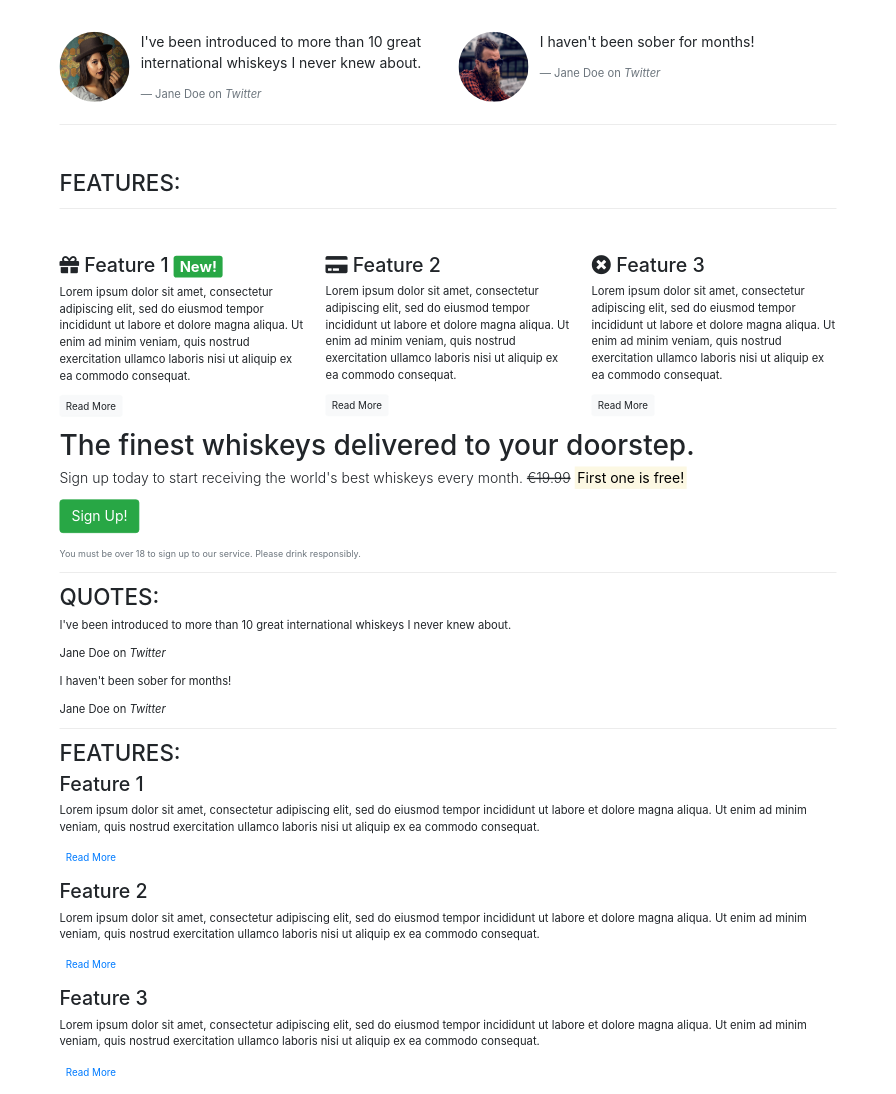
Repository: grisselfaura/BootstrappingYourNextBigIdea-BS4
Page: index.html
The author's editor kept a record of every edit. The page is drawn from the files as they stood at one moment, then again after the next edit.
The browser window is 1280 px wide. The pictures show the part of the page from y = 658 to 2578 px (the page is 2221 px tall before and 2578 px after), at 70% of full size.
Some web libraries are served in a nearby version.

Above is the page before.

### index.html
<!DOCTYPE html>
<html lang="en-us">

<head>
    <meta charset="utf-8">
    <meta name="viewport" content="width=device-width, initial-scale=1.0">
    <title>Whiskey Drop | Taste a new whiskey every month</title>
    <link rel="stylesheet" href="https://maxcdn.bootstrapcdn.com/bootstrap/4.1.3/css/bootstrap.min.css">
    <link rel="stylesheet" href="https://use.fontawesome.com/releases/v5.6.1/css/all.css" integrity="sha384-gfdkjb5BdAXd+lj+gudLWI+BXq4IuLW5IT+brZEZsLFm++aCMlF1V92rMkPaX4PP" crossorigin="anonymous">
</head>

<body>
    <!--Nav-->
    <nav class="navbar navbar-light navbar-expand-sm bg-light">
        <a href="/" class="navbar-brand">
                    Whiskey Drop</a>

        <button class="navbar-toggler ml-auto" type="button" data-toggle="collapse" data-target="#navbarNavDropdown" aria-controls="navbarNavDropdown" aria-expanded="false" aria-label="Toggle navigation">
        <span class="navbar-toggler-icon"></span></button>

        <div class="collapse navbar-collapse" id="navbarNavDropdown">
            <ul class="navbar-nav mr-auto">
                <li class="active nav-item mr-2"><a class="nav-link" href="/">Home</a></li>
                <li class="nav-item mr-2"><a class="nav-link" href="">About</a></li>
                <li class="nav-item dropdown">
                    <a class="nav-link dropdown-toggle" href="#" id="navbarDropdownMenuLink" role="button" data-toggle="dropdown" aria-haspopup="true" aria-expanded="false">
          Whiskeys
        </a>
                    <div class="dropdown-menu" aria-labelledby="navbarDropdownMenuLink">
                        <a class="dropdown-item" href="#">Irish</a>
                        <a class="dropdown-item" href="#">Scotch</a>
                        <a class="dropdown-item" href="#">Japanese</a>
                        <a class="dropdown-item" href="#">American</a>
                    </div>
                </li>

                <li class="nav-item mr-2 d-block d-sm-none"><a class="nav-link" href="">Sign In / Sign Up</a></li>
            </ul>
        </div>
        <div class="d-none d-md-block">
            <p class="navbar-text my-auto mr-2"><i>Great whiskey delivered to your door</i></p>
            <a href="/login">Sign In / Sign Up</a>
        </div>
        <!--</div>-->
    </nav>
    <article class="container mt-3">
        <div class="row d-none d-sm-block">
            <div class="col-12">
                <div class="alert alert-warning">
                    <strong>Sale Now On!</strong> We've got a sale on. Get a 12 month subscription for the price of 6! <a href="">See here for more details</a>
                </div>
            </div>
        </div>
        <!-- Callout -->
        <div class="row">
            <div class="col-12">
                <section class="callout jumbotron text-center">
                    <h1>The finest whiskeys delivered to your doorstep.</h1>
                    <p class="lead">Sign up today to start receiving the world's best whiskeys every month.
                        <s class="d-none d-sm-inline">€19.99</s>
                        <span class="d-inline d-sm-none"><br></span>
                        <strong><mark>First one is free!</mark></strong></p>
                    <p><button class="btn btn-lg btn-success" data-toggle="modal" data-target="#signUpModal">Sign Up!</button></p>
                    <p class="text-muted"><small>You must be over 18 to sign up to our service. Please drink responsibly.</small></p>
                </section>
            </div>
        </div>
        <!-- /.callout -->
        <hr>
        <!-- Quotes -->
        <section class="quotes">
            <div class="row">
                <div class="col-12 my-5">
                    <h2 class="text-uppercase">Quotes:</h2>
                    <hr />
                </div>
            </div>
            <div class="row">
                <div class="col-12 col-md-6">
                    <div class="media">
                        <div class="d-none d-sm-block">
                            <img src="images/girl-image.png" class="rounded-circle mr-3" height=100 width=100>
                        </div>
                        <div class="media-body">
                            <blockquote class="blockquote">
                                <p>I've been introduced to more than 10 great international whiskeys I never knew about.</p>
                                <footer class="blockquote-footer">Jane Doe on <cite title="Twitter">Twitter</cite></footer>
                            </blockquote>
                        </div>
                    </div>
                </div>
                <div class="col-12 col-md-6">
                    <div class="media">
                        <div class="d-none d-sm-block">
                            <img src="images/guy-image.png" class="rounded-circle mr-3" height=100 width=100>
                        </div>
                        <div class="media-body">
                            <blockquote class="blockquote">
                                <p>I haven't been sober for months!</p>
                                <footer class="blockquote-footer">Jane Doe on <cite title="Twitter">Twitter</cite></footer>
                            </blockquote>
                        </div>
                    </div>
                </div>
            </div>
        </section>
        <!-- /.quotes -->
        <hr>
        <!-- Features -->
        <section class="features">
            <div class="row">
                <div class="col-12 my-5">
                    <h2 class="text-uppercase">Features:</h2>
                    <hr />
                </div>
            </div>
            <div class="row">
                <div class="col-12 col-md-6 col-lg-4">
                    <div class="feature">
                        <h3><i class="fas fa-gift d-none d-sm-inline"></i> Feature 1 <span class="badge badge-success">New!</span></h3>
                        <p>Lorem ipsum dolor sit amet, consectetur adipiscing elit, sed do eiusmod tempor incididunt ut labore et dolore magna aliqua. Ut enim ad minim veniam, quis nostrud exercitation ullamco laboris nisi ut aliquip ex ea commodo consequat.</p>
                        <p><a class="btn btn-sm btn-light" href="">Read More</a></p>
                    </div>
                </div>
                <div class="col-12 col-md-6 col-lg-4">
                    <div class="feature">
                        <h3><i class="fas fa-credit-card d-none d-sm-inline"></i> Feature 2</h3>
                        <p>Lorem ipsum dolor sit amet, consectetur adipiscing elit, sed do eiusmod tempor incididunt ut labore et dolore magna aliqua. Ut enim ad minim veniam, quis nostrud exercitation ullamco laboris nisi ut aliquip ex ea commodo consequat.</p>
                        <p><a class="btn btn-sm btn-light" href="">Read More</a></p>
                    </div>
                </div>
                <div class="col-12 d-md-none d-lg-block col-lg-4">
                    <div class="feature">
                        <h3><i class="fas fa-times-circle d-none d-sm-inline"></i> Feature 3</h3>
                        <p>Lorem ipsum dolor sit amet, consectetur adipiscing elit, sed do eiusmod tempor incididunt ut labore et dolore magna aliqua. Ut enim ad minim veniam, quis nostrud exercitation ullamco laboris nisi ut aliquip ex ea commodo consequat.</p>
                        <p><a class="btn btn-sm btn-light" href="">Read More</a></p>
                    </div>
                </div>
            </div>
        </section>
        <!-- /.features -->
    </article>

    <div class="modal" tabindex="-1" role="dialog" id="signUpModal">
        <div class="modal-dialog" role="document">
            <div class="modal-content">
                <div class="modal-header">
                    <h5 class="modal-title">Sign Up To Whiskey Drop!</h5>
                    <button type="button" class="close" data-dismiss="modal" aria-label="Close">
          <span aria-hidden="true">&times;</span>
        </button>
                </div>
                <div class="modal-body">
                    <form>
                        <div class="form-group">
                            <label for="exampleInputEmail1">Email address</label>
                            <input type="email" class="form-control" id="exampleInputEmail1" aria-describedby="emailHelp" placeholder="Enter email">
                            <small id="emailHelp" class="form-text text-muted">We'll never share your email with anyone else.</small>
                        </div>
                        <div class="form-group">
                            <label for="password">Password</label>
                            <input type="password" class="form-control" id="password" placeholder="Password">
                        </div>
                        <div class="form-group">
                            <label for="repeatPassword">Repeat Password</label>
                            <input type="password" class="form-control" id="repeatPassword" placeholder="Repeat Password">
                        </div>
                        <button type="submit" class="btn btn-success">Submit</button>
                    </form>
                </div>
            </div>
        </div>
    </div>

    <script src="https://code.jquery.com/jquery-3.3.1.slim.min.js" integrity="sha384-q8i/X+965DzO0rT7abK41JStQIAqVgRVzpbzo5smXKp4YfRvH+8abtTE1Pi6jizo" crossorigin="anonymous"></script>
    <script src="https://cdnjs.cloudflare.com/ajax/libs/popper.js/1.14.3/umd/popper.min.js" integrity="sha384-ZMP7rVo3mIykV+2+9J3UJ46jBk0WLaUAdn689aCwoqbBJiSnjAK/l8WvCWPIPm49" crossorigin="anonymous"></script>
    <script src="https://stackpath.bootstrapcdn.com/bootstrap/4.1.3/js/bootstrap.min.js" integrity="sha384-ChfqqxuZUCnJSK3+MXmPNIyE6ZbWh2IMqE241rYiqJxyMiZ6OW/JmZQ5stwEULTy" crossorigin="anonymous"></script>
</body>

</html>


<body>
    <article class="container">
        <!-- Callout -->
        <section class="callout">
            <h1>The finest whiskeys delivered to your doorstep.</h1>
            <p class="lead">Sign up today to start receiving the world's best whiskeys every month. <s>€19.99</s> <strong><mark>First one is free!</mark></strong></p>
            <p><button class="btn btn-lg btn-success">Sign Up!</button></p>
            <p class="text-muted"><small>You must be over 18 to sign up to our service. Please drink responsibly.</small></p>
        </section>
        <!-- /.callout -->
        <hr>

        <!-- Quotes -->
        <section class="quotes">
            <h2 class="text-uppercase">Quotes:</h2>
            <blockquote class="quote">
                <p>I've been introduced to more than 10 great international whiskeys I never knew about.</p>
                <footer>Jane Doe on <cite title="Twitter">Twitter</cite></footer>
            </blockquote>
            <blockquote class="quote">
                <p>I haven't been sober for months!</p>
                <footer>Jane Doe on <cite title="Twitter">Twitter</cite></footer>
            </blockquote>
        </section>
        <!-- /.quotes -->
        <hr>

        <!-- Features -->
        <section class="features">
            <h2 class="text-uppercase">Features:</h2>
            <div class="feature">
                <h3>Feature 1</h3>
                <p>Lorem ipsum dolor sit amet, consectetur adipiscing elit, sed do eiusmod tempor incididunt ut labore et dolore magna aliqua. Ut enim ad minim veniam, quis nostrud exercitation ullamco laboris nisi ut aliquip ex ea commodo consequat.</p>
                <p><a class="btn btn-sm btn-default" href="">Read More</a></p>
            </div>
            <div class="feature">
                <h3>Feature 2</h3>
                <p>Lorem ipsum dolor sit amet, consectetur adipiscing elit, sed do eiusmod tempor incididunt ut labore et dolore magna aliqua. Ut enim ad minim veniam, quis nostrud exercitation ullamco laboris nisi ut aliquip ex ea commodo consequat.</p>
                <p><a class="btn btn-sm btn-default" href="">Read More</a></p>
            </div>
            <div class="feature">
                <h3>Feature 3</h3>
                <p>Lorem ipsum dolor sit amet, consectetur adipiscing elit, sed do eiusmod tempor incididunt ut labore et dolore magna aliqua. Ut enim ad minim veniam, quis nostrud exercitation ullamco laboris nisi ut aliquip ex ea commodo consequat.</p>
                <p><a class="btn btn-sm btn-default" href="">Read More</a></p>
            </div>
        </section>
        <!-- /.features -->

    </article>
</body>

</html>

After the next edit:
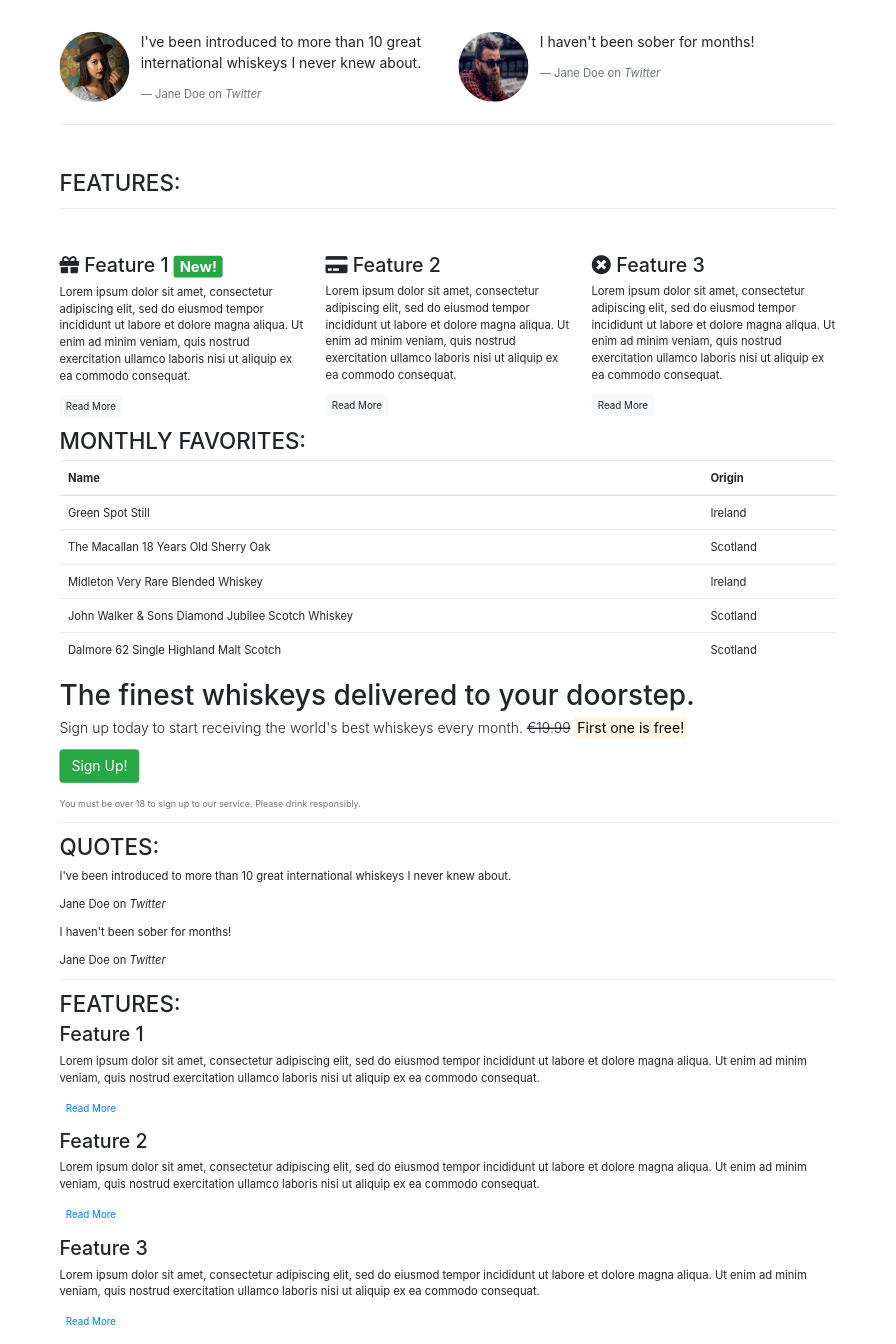
The edit:
--- a/index.html
+++ b/index.html
@@ -139,6 +139,39 @@
             </div>
         </section>
         <!-- /.features -->
+        <section class="Monthly favorites">
+             <h2 class="text-uppercase">Monthly favorites:</h2>
+             <table class="table">
+          <thead>
+            <tr>
+              <th scope="col">Name</th>
+              <th scope="col">Origin</th>
+            </tr>
+          </thead>
+          <tbody>
+            <tr>
+              <td>Green Spot Still</td>
+              <td>Ireland</td>
+            </tr>
+            <tr>
+              <td>The Macallan 18 Years Old Sherry Oak</td>
+              <td>Scotland</td>
+            </tr>
+            <tr>
+              <td>Midleton Very Rare Blended Whiskey</td>
+              <td>Ireland</td>
+             </tr>
+            <tr>
+              <td>John Walker & Sons Diamond Jubilee Scotch Whiskey</td>
+              <td>Scotland</td>
+             </tr>
+              <tr>
+              <td>Dalmore 62 Single Highland Malt Scotch</td>
+              <td>Scotland</td>
+             </tr>
+          </tbody>
+        </table>
+         </section>
     </article>
 
     <div class="modal" tabindex="-1" role="dialog" id="signUpModal">
